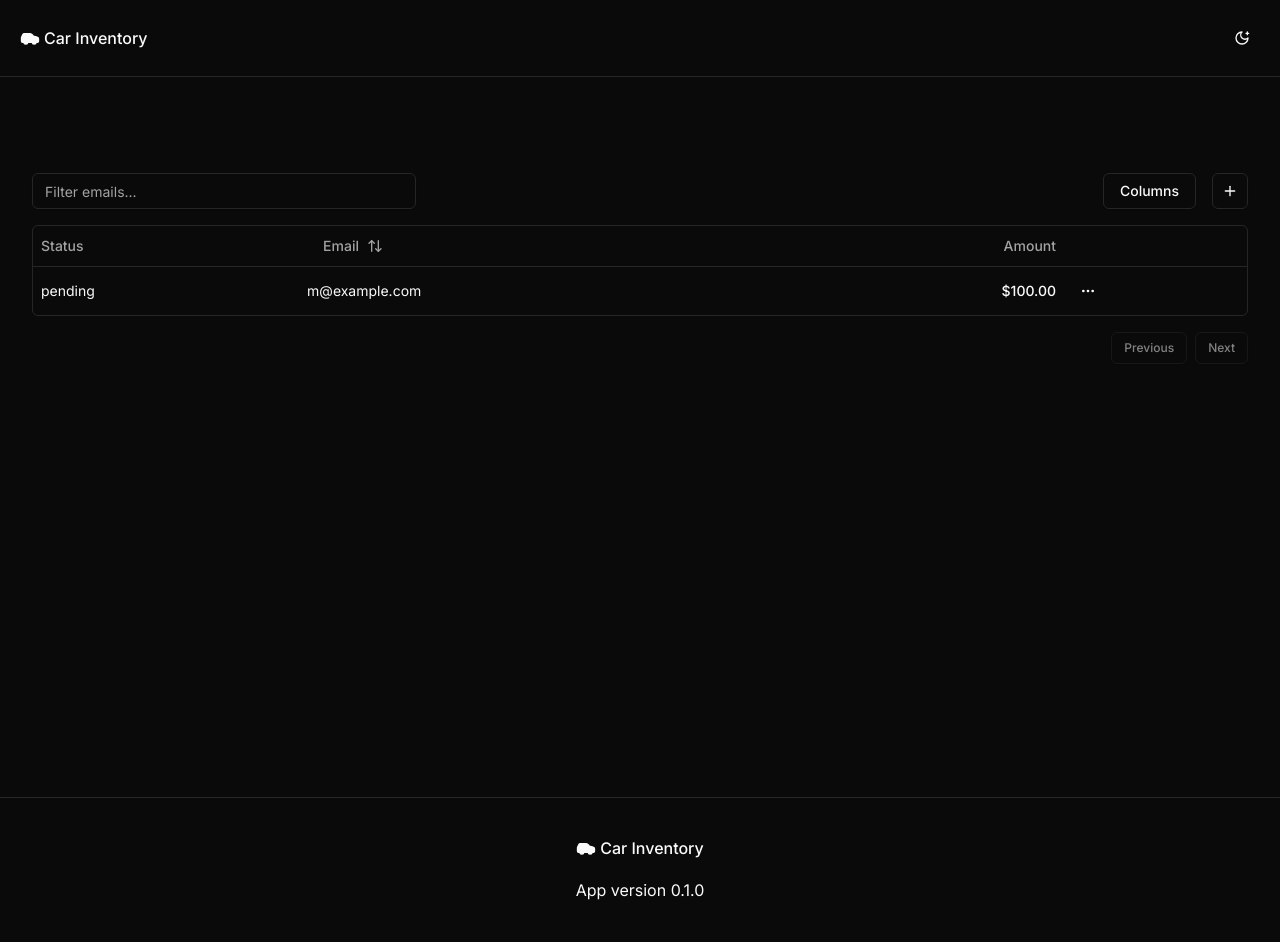
Repository: tushcmd/car-inventory
Page: / (app in frontend/)
The author's editor kept a copy of each file at every save. The page is drawn from the files as they stood at one save, then again after the next save.
The browser window is 1280 px wide. The pictures show the whole page.
The project was rebuilt for these pictures with package versions that can differ from the ones it lists, and the page was loaded fresh each time. The framework's server and built-in components were replaced by stand-ins that run in the browser. Also part of the build but not shown: frontend/next.config.mjs.

Above is the page before, as saved 2024-05-12 07:32:16.

### frontend/app/layout.tsx
import type { Metadata } from "next";
import { Inter } from "next/font/google";
import "./globals.css";
import AppProviders from "@/components/providers/AppProviders";
import Navbar from '@/components/shared/Navbar';
import Footer from "@/components/shared/Footer";

const inter = Inter({ subsets: ["latin"] });

export const metadata: Metadata = {
  title: "Car Garage Inventory",
  description: "Nextjs Shadcnui Nodejs Express and MongoDB CRUD",
};

export default function RootLayout({
  children,
}: Readonly<{
  children: React.ReactNode;
}>) {
  return (
    <html lang="en" suppressHydrationWarning>
      <body className={inter.className}>
        <AppProviders>
          <Navbar />
          {children}
          <Footer />
        </AppProviders>
      </body>
    </html>
  );
}

### frontend/app/page.tsx
//import Main from "@/components/Main";
import { Payment, columns } from "@/components/Home/columns"
import { DataTable } from "@/components/Home/car-table"

async function getData(): Promise<Payment[]> {
  // Fetch data from your API here.
  return [
    {
      id: "728ed52f",
      amount: 100,
      status: "pending",
      email: "m@example.com",
    },
    // ...
  ]
}

export default async function DemoPage() {
  const data = await getData()

  return (
    <div className="page-container min-h-screen">
      <DataTable columns={columns} data={data} />
    </div>
  )
}

### frontend/app/globals.css
@tailwind base;
@tailwind components;
@tailwind utilities;

@layer base {
  :root {
    --background: 0 0% 100%;
    --foreground: 0 0% 3.9%;

    --card: 0 0% 100%;
    --card-foreground: 0 0% 3.9%;

    --popover: 0 0% 100%;
    --popover-foreground: 0 0% 3.9%;

    --primary: 0 0% 9%;
    --primary-foreground: 0 0% 98%;

    --secondary: 0 0% 96.1%;
    --secondary-foreground: 0 0% 9%;

    --muted: 0 0% 96.1%;
    --muted-foreground: 0 0% 45.1%;

    --accent: 0 0% 96.1%;
    --accent-foreground: 0 0% 9%;

    --destructive: 0 84.2% 60.2%;
    --destructive-foreground: 0 0% 98%;

    --border: 0 0% 89.8%;
    --input: 0 0% 89.8%;
    --ring: 0 0% 3.9%;

    --radius: 0.5rem;
  }

  .dark {
    --background: 0 0% 3.9%;
    --foreground: 0 0% 98%;

    --card: 0 0% 3.9%;
    --card-foreground: 0 0% 98%;

    --popover: 0 0% 3.9%;
    --popover-foreground: 0 0% 98%;

    --primary: 0 0% 98%;
    --primary-foreground: 0 0% 9%;

    --secondary: 0 0% 14.9%;
    --secondary-foreground: 0 0% 98%;

    --muted: 0 0% 14.9%;
    --muted-foreground: 0 0% 63.9%;

    --accent: 0 0% 14.9%;
    --accent-foreground: 0 0% 98%;

    --destructive: 0 62.8% 30.6%;
    --destructive-foreground: 0 0% 98%;

    --border: 0 0% 14.9%;
    --input: 0 0% 14.9%;
    --ring: 0 0% 83.1%;
  }
}

@layer base {
  * {
    @apply border-border;
  }
  body {
    @apply bg-background text-foreground;
  }
}


@layer components {

  /* FONT SIZES */
  .h1 {
		@apply text-5xl lg:text-6xl font-bold;
	}
	.h2 {
		@apply sm:text-3xl text-4xl font-bold;
	}
	.h3 {
		@apply text-2xl font-medium;
	}
	.h4 {
		@apply text-xl sm:text-lg font-normal;
	}

  /* LAYOUTS  */
	.layout-container {
		@apply container mx-auto px-5;
	}

	.page-container {
		@apply container py-20 flex flex-col gap-16 max-w-7xl;
	}
}

### frontend/components/providers/AppProviders.tsx
'use client';

import { ThemeProvider } from 'next-themes';
import { FC, ReactNode } from 'react';

interface AppProvidersProps {
  children: ReactNode;
}


const AppProviders: FC<AppProvidersProps> = ({ children }) => {
  return (
    <>
      <ThemeProvider attribute="class" disableTransitionOnChange defaultTheme="dark" enableSystem>
        {children}

      </ThemeProvider>
    </>
  );
};

export default AppProviders;

### frontend/components/shared/Navbar.tsx
import React, { FC } from 'react';
import ThemeSwitcherButton from '../ui/ThemeSwitcher';
import Logo from './Logo';

const Navbar: FC = () => {
  return (
    <nav className="border-b py-5">
      <div className="layout-container flex justify-between items-center max-w-7xl">
        <Logo />
        <ThemeSwitcherButton />
      </div>
    </nav>
  );
};

export default Navbar;

### frontend/components/shared/Footer.tsx
import React, { FC } from 'react'
import Logo from './Logo'

const Footer: FC = () => {
  return (
    <footer className='border-t'>
        <div className='layout-container flex flex-col gap-5 items-center  justify-center py-10'>
            <Logo />
            <p>App version 0.1.0</p>
        </div>

    </footer>
  )
}

export default Footer

### frontend/components/Home/columns.tsx
"use client"

import { ColumnDef } from "@tanstack/react-table"

import { ArrowUpDown, MoreHorizontal } from "lucide-react"

import { Button } from "@/components/ui/button"
import {
  DropdownMenu,
  DropdownMenuContent,
  DropdownMenuItem,
  DropdownMenuLabel,
  DropdownMenuSeparator,
  DropdownMenuTrigger,
} from "@/components/ui/dropdown-menu"

// This type is used to define the shape of our data.
// You can use a Zod schema here if you want.
export type Payment = {
  id: string
  amount: number
  status: "pending" | "processing" | "success" | "failed"
  email: string
}

export const columns: ColumnDef<Payment>[] = [
  {
    accessorKey: "status",
    header: "Status",
  },
  {
    accessorKey: "email",
    header: ({ column }) => {
      return (
        <Button
          variant="ghost"
          onClick={() => column.toggleSorting(column.getIsSorted() === "asc")}
        >
          Email
          <ArrowUpDown className="ml-2 h-4 w-4" />
        </Button>
      )
    },
  },
  {
    accessorKey: "amount",
    header: () => <div className="text-right">Amount</div>,
    cell: ({ row }) => {
      const amount = parseFloat(row.getValue("amount"))
      const formatted = new Intl.NumberFormat("en-US", {
        style: "currency",
        currency: "USD",
      }).format(amount)

      return <div className="text-right font-medium">{formatted}</div>
    },
  },
  {
    id: "actions",
    cell: ({ row }) => {
      const payment = row.original

      return (
        <DropdownMenu>
          <DropdownMenuTrigger asChild>
            <Button variant="ghost" className="h-8 w-8 p-0">
              <span className="sr-only">Open menu</span>
              <MoreHorizontal className="h-4 w-4" />
            </Button>
          </DropdownMenuTrigger>
          <DropdownMenuContent align="end">
            <DropdownMenuLabel>Actions</DropdownMenuLabel>
            <DropdownMenuItem
              onClick={() => navigator.clipboard.writeText(payment.id)}
            >
              Copy payment ID
            </DropdownMenuItem>
            <DropdownMenuSeparator />
            <DropdownMenuItem>View customer</DropdownMenuItem>
            <DropdownMenuItem>View payment details</DropdownMenuItem>
          </DropdownMenuContent>
        </DropdownMenu>
      )
    },
  },
]

### frontend/components/Home/car-table.tsx
"use client"
import React from "react"

import { Button } from "@/components/ui/button"
import {
    DropdownMenu,
    DropdownMenuCheckboxItem,
    DropdownMenuContent,
    DropdownMenuTrigger,
} from "@/components/ui/dropdown-menu"

import {
    ColumnDef,
    ColumnFiltersState,
    flexRender,
    getFilteredRowModel,
    SortingState,
    VisibilityState,
    getCoreRowModel,
    getPaginationRowModel,
    getSortedRowModel,
    useReactTable,
} from "@tanstack/react-table"

import {
    Table,
    TableBody,
    TableCell,
    TableHead,
    TableHeader,
    TableRow,
} from "@/components/ui/table"

import { Input } from "@/components/ui/input"
import { Plus } from "lucide-react"


interface DataTableProps<TData, TValue> {
    columns: ColumnDef<TData, TValue>[]
    data: TData[]
}

export function DataTable<TData, TValue>({
    columns,
    data,
}: DataTableProps<TData, TValue>) {
    const [sorting, setSorting] = React.useState<SortingState>([])
    const [columnFilters, setColumnFilters] = React.useState<ColumnFiltersState>(
        []
    )
    const [columnVisibility, setColumnVisibility] =
        React.useState<VisibilityState>({})

    const table = useReactTable({
        data,
        columns,
        getCoreRowModel: getCoreRowModel(),
        getPaginationRowModel: getPaginationRowModel(),
        onSortingChange: setSorting,
        getSortedRowModel: getSortedRowModel(),
        onColumnFiltersChange: setColumnFilters,
        getFilteredRowModel: getFilteredRowModel(),
        onColumnVisibilityChange: setColumnVisibility,
        state: {
            sorting,
            columnFilters,
            columnVisibility,
        },
    })

    return (
        <div>
            <div className="flex items-center py-4 flex-row justify-between">
                <Input
                    placeholder="Filter emails..."
                    value={(table.getColumn("email")?.getFilterValue() as string) ?? ""}
                    onChange={(event) =>
                        table.getColumn("email")?.setFilterValue(event.target.value)
                    }
                    className="max-w-sm"
                />
                <div className="inline-flex gap-4">
                    <DropdownMenu>
                        <DropdownMenuTrigger asChild>
                            <Button variant="outline" className="ml-auto">
                                Columns
                            </Button>
                        </DropdownMenuTrigger>
                        <DropdownMenuContent align="end">
                            {table
                                .getAllColumns()
                                .filter(
                                    (column) => column.getCanHide()
                                )
                                .map((column) => {
                                    return (
                                        <DropdownMenuCheckboxItem
                                            key={column.id}
                                            className="capitalize"
                                            checked={column.getIsVisible()}
                                            onCheckedChange={(value) =>
                                                column.toggleVisibility(!!value)
                                            }
                                        >
                                            {column.id}
                                        </DropdownMenuCheckboxItem>
                                    )
                                })}
                        </DropdownMenuContent>
                    </DropdownMenu>
                    <Button variant="outline" size="icon">
                        <Plus className="h-4 w-4" />
                    </Button>
                </div>
            </div>
            <div className="rounded-md border">
                <Table>
                    <TableHeader>
                        {table.getHeaderGroups().map((headerGroup) => (
                            <TableRow key={headerGroup.id}>
                                {headerGroup.headers.map((header) => {
                                    return (
                                        <TableHead key={header.id}>
                                            {header.isPlaceholder
                                                ? null
                                                : flexRender(
                                                    header.column.columnDef.header,
                                                    header.getContext()
                                                )}
                                        </TableHead>
                                    )
                                })}
                            </TableRow>
                        ))}
                    </TableHeader>
                    <TableBody>
                        {table.getRowModel().rows?.length ? (
                            table.getRowModel().rows.map((row) => (
                                <TableRow
                                    key={row.id}
                                    data-state={row.getIsSelected() && "selected"}
                                >
                                    {row.getVisibleCells().map((cell) => (
                                        <TableCell key={cell.id}>
                                            {flexRender(cell.column.columnDef.cell, cell.getContext())}
                                        </TableCell>
                                    ))}
                                </TableRow>
                            ))
                        ) : (
                            <TableRow>
                                <TableCell colSpan={columns.length} className="h-24 text-center">
                                    No results.
                                </TableCell>
                            </TableRow>
                        )}
                    </TableBody>
                </Table>
            </div>

            <div className="flex items-center justify-end space-x-2 py-4">
                <Button
                    variant="outline"
                    size="sm"
                    onClick={() => table.previousPage()}
                    disabled={!table.getCanPreviousPage()}
                >
                    Previous
                </Button>
                <Button
                    variant="outline"
                    size="sm"
                    onClick={() => table.nextPage()}
                    disabled={!table.getCanNextPage()}
                >
                    Next
                </Button>
            </div>
        </div>
    )
}

### frontend/components/ui/ThemeSwitcher.tsx
"use client";

import { useTheme } from "next-themes";
import React, { FC, useEffect, useState } from "react";
import { SunIcon,  Laptop, MoonStarIcon } from "lucide-react";
import {
	DropdownMenu,
	DropdownMenuContent,
	DropdownMenuItem,
	DropdownMenuTrigger,
} from "./dropdown-menu";
import { Button } from "./button";

const themes = [
	{
		value: "light",
		label: "Light",
		icon: SunIcon,
	},
	{
		value: "dark",
		label: "Dark",
		icon: MoonStarIcon,
	},
	{
		value: "system",
		label: "System",
		icon: Laptop,
	},
];

const ThemeSwitcher: FC = () => {
  const [mounted, setMounted] = useState(false)
	const { theme, setTheme } = useTheme();
	const currentTheme = themes.find((t) => t.value === theme);
	const ThemeIcon = currentTheme?.icon

  useEffect(() => {
    setMounted(true)
  }, [])

	return mounted && (
		<div className="flex">
			<DropdownMenu  >
				<DropdownMenuTrigger asChild>
					<Button variant="ghost" size={"icon"}>{!!ThemeIcon && <ThemeIcon className="w-4 h-4"/>}</Button>
				</DropdownMenuTrigger>
				<DropdownMenuContent>
					{themes.map(({value, label}) => <DropdownMenuItem role="button" onClick={() => setTheme(value)} key={value}>{label}</DropdownMenuItem>)}
				</DropdownMenuContent>
			</DropdownMenu>
		</div>
	);
};

export default ThemeSwitcher;

### frontend/components/shared/Logo.tsx

import { Car } from "lucide-react";
import Link from "next/link";
import React, { FC } from "react";

const Logo: FC = () => {
	return (
		<Link href='/' className="flex items-center gap-1 component-focus rounded-md">
			<Car   className="w-5 h-5 fill-current" />
			<h1 className="inline-flex flex-col gap-0 leading-none font-medium">
				<p>Car Inventory</p>
			</h1>
		</Link>
	);
};

export default Logo;

### frontend/components/ui/button.tsx
import * as React from "react"
import { Slot } from "@radix-ui/react-slot"
import { cva, type VariantProps } from "class-variance-authority"

import { cn } from "@/lib/utils"

const buttonVariants = cva(
  "inline-flex items-center justify-center whitespace-nowrap rounded-md text-sm font-medium transition-colors focus-visible:outline-none focus-visible:ring-1 focus-visible:ring-ring disabled:pointer-events-none disabled:opacity-50",
  {
    variants: {
      variant: {
        default:
          "bg-primary text-primary-foreground shadow hover:bg-primary/90",
        destructive:
          "bg-destructive text-destructive-foreground shadow-sm hover:bg-destructive/90",
        outline:
          "border border-input bg-background shadow-sm hover:bg-accent hover:text-accent-foreground",
        secondary:
          "bg-secondary text-secondary-foreground shadow-sm hover:bg-secondary/80",
        ghost: "hover:bg-accent hover:text-accent-foreground",
        link: "text-primary underline-offset-4 hover:underline",
      },
      size: {
        default: "h-9 px-4 py-2",
        sm: "h-8 rounded-md px-3 text-xs",
        lg: "h-10 rounded-md px-8",
        icon: "h-9 w-9",
      },
    },
    defaultVariants: {
      variant: "default",
      size: "default",
    },
  }
)

export interface ButtonProps
  extends React.ButtonHTMLAttributes<HTMLButtonElement>,
    VariantProps<typeof buttonVariants> {
  asChild?: boolean
}

const Button = React.forwardRef<HTMLButtonElement, ButtonProps>(
  ({ className, variant, size, asChild = false, ...props }, ref) => {
    const Comp = asChild ? Slot : "button"
    return (
      <Comp
        className={cn(buttonVariants({ variant, size, className }))}
        ref={ref}
        {...props}
      />
    )
  }
)
Button.displayName = "Button"

export { Button, buttonVariants }

### frontend/components/ui/table.tsx
import * as React from "react"

import { cn } from "@/lib/utils"

const Table = React.forwardRef<
  HTMLTableElement,
  React.HTMLAttributes<HTMLTableElement>
>(({ className, ...props }, ref) => (
  <div className="relative w-full overflow-auto">
    <table
      ref={ref}
      className={cn("w-full caption-bottom text-sm", className)}
      {...props}
    />
  </div>
))
Table.displayName = "Table"

const TableHeader = React.forwardRef<
  HTMLTableSectionElement,
  React.HTMLAttributes<HTMLTableSectionElement>
>(({ className, ...props }, ref) => (
  <thead ref={ref} className={cn("[&_tr]:border-b", className)} {...props} />
))
TableHeader.displayName = "TableHeader"

const TableBody = React.forwardRef<
  HTMLTableSectionElement,
  React.HTMLAttributes<HTMLTableSectionElement>
>(({ className, ...props }, ref) => (
  <tbody
    ref={ref}
    className={cn("[&_tr:last-child]:border-0", className)}
    {...props}
  />
))
TableBody.displayName = "TableBody"

const TableFooter = React.forwardRef<
  HTMLTableSectionElement,
  React.HTMLAttributes<HTMLTableSectionElement>
>(({ className, ...props }, ref) => (
  <tfoot
    ref={ref}
    className={cn(
      "border-t bg-muted/50 font-medium [&>tr]:last:border-b-0",
      className
    )}
    {...props}
  />
))
TableFooter.displayName = "TableFooter"

const TableRow = React.forwardRef<
  HTMLTableRowElement,
  React.HTMLAttributes<HTMLTableRowElement>
>(({ className, ...props }, ref) => (
  <tr
    ref={ref}
    className={cn(
      "border-b transition-colors hover:bg-muted/50 data-[state=selected]:bg-muted",
      className
    )}
    {...props}
  />
))
TableRow.displayName = "TableRow"

const TableHead = React.forwardRef<
  HTMLTableCellElement,
  React.ThHTMLAttributes<HTMLTableCellElement>
>(({ className, ...props }, ref) => (
  <th
    ref={ref}
    className={cn(
      "h-10 px-2 text-left align-middle font-medium text-muted-foreground [&:has([role=checkbox])]:pr-0 [&>[role=checkbox]]:translate-y-[2px]",
      className
    )}
    {...props}
  />
))
TableHead.displayName = "TableHead"

const TableCell = React.forwardRef<
  HTMLTableCellElement,
  React.TdHTMLAttributes<HTMLTableCellElement>
>(({ className, ...props }, ref) => (
  <td
    ref={ref}
    className={cn(
      "p-2 align-middle [&:has([role=checkbox])]:pr-0 [&>[role=checkbox]]:translate-y-[2px]",
      className
    )}
    {...props}
  />
))
TableCell.displayName = "TableCell"

const TableCaption = React.forwardRef<
  HTMLTableCaptionElement,
  React.HTMLAttributes<HTMLTableCaptionElement>
>(({ className, ...props }, ref) => (
  <caption
    ref={ref}
    className={cn("mt-4 text-sm text-muted-foreground", className)}
    {...props}
  />
))
TableCaption.displayName = "TableCaption"

export {
  Table,
  TableHeader,
  TableBody,
  TableFooter,
  TableHead,
  TableRow,
  TableCell,
  TableCaption,
}

### frontend/components/ui/input.tsx
import * as React from "react"

import { cn } from "@/lib/utils"

export interface InputProps
  extends React.InputHTMLAttributes<HTMLInputElement> {}

const Input = React.forwardRef<HTMLInputElement, InputProps>(
  ({ className, type, ...props }, ref) => {
    return (
      <input
        type={type}
        className={cn(
          "flex h-9 w-full rounded-md border border-input bg-transparent px-3 py-1 text-sm shadow-sm transition-colors file:border-0 file:bg-transparent file:text-sm file:font-medium placeholder:text-muted-foreground focus-visible:outline-none focus-visible:ring-1 focus-visible:ring-ring disabled:cursor-not-allowed disabled:opacity-50",
          className
        )}
        ref={ref}
        {...props}
      />
    )
  }
)
Input.displayName = "Input"

export { Input }

Loaded but not shown: frontend/lib/utils.ts (common file); frontend/tailwind.config.ts (common file); frontend/components/ui/dropdown-menu.tsx (205 lines, source omitted)

After the next save:
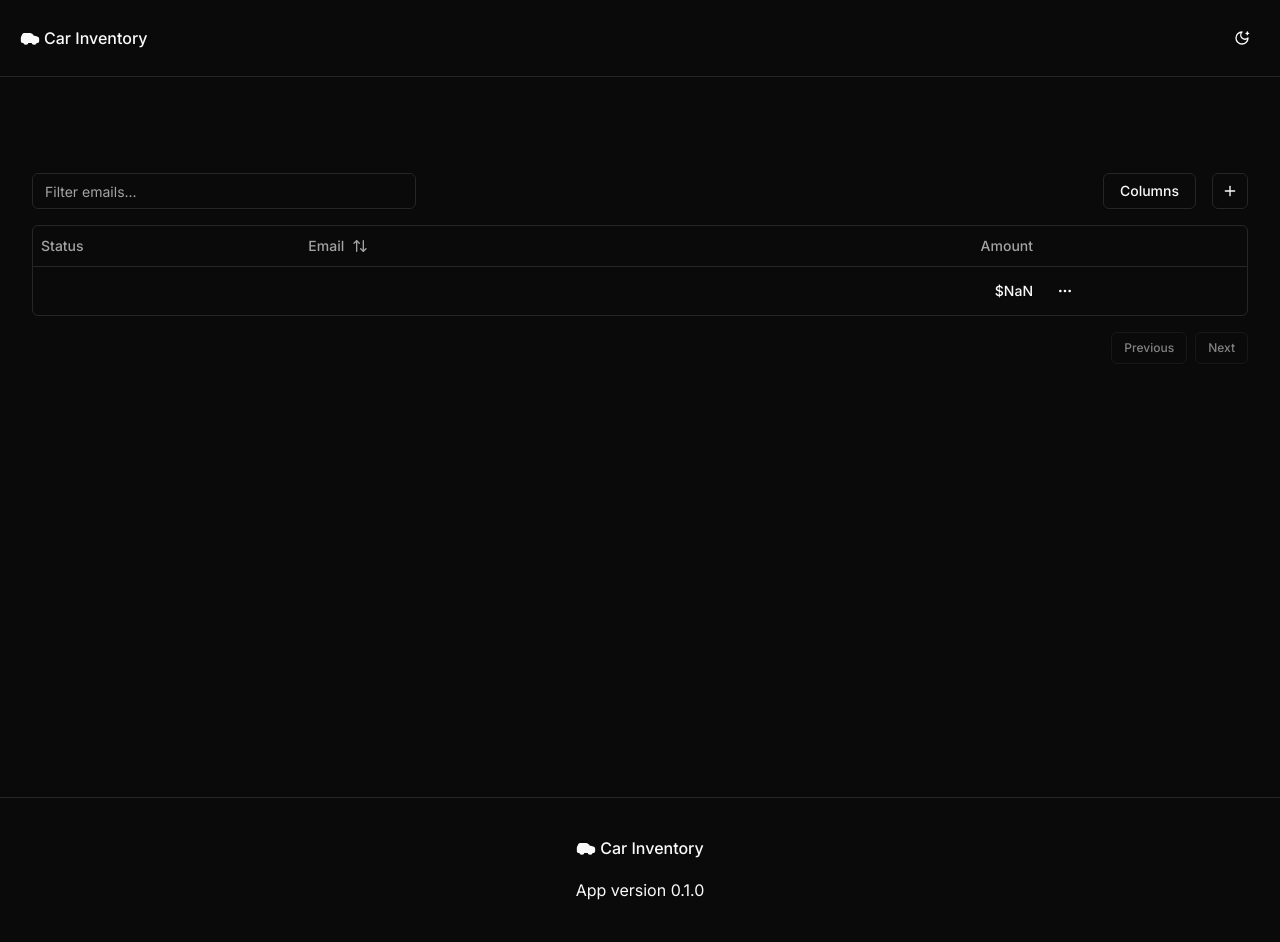
Saved 8 min 41 s later.
--- a/frontend/app/page.tsx
+++ b/frontend/app/page.tsx
@@ -2,15 +2,17 @@
 import { Payment, columns } from "@/components/Home/columns"
 import { DataTable } from "@/components/Home/car-table"
 
-async function getData(): Promise<Payment[]> {
+async function getData(): Promise<Car[]> {
   // Fetch data from your API here.
   return [
     {
-      id: "728ed52f",
-      amount: 100,
-      status: "pending",
-      email: "m@example.com",
-    },
+      ownerName: 'John Smith',
+      make: 'Honda',
+      model: 'Civic',
+      carYear: 2015,
+      issue: 'Engine failure',
+      repairPrice: 1200,
+    }
     // ...
   ]
 }
